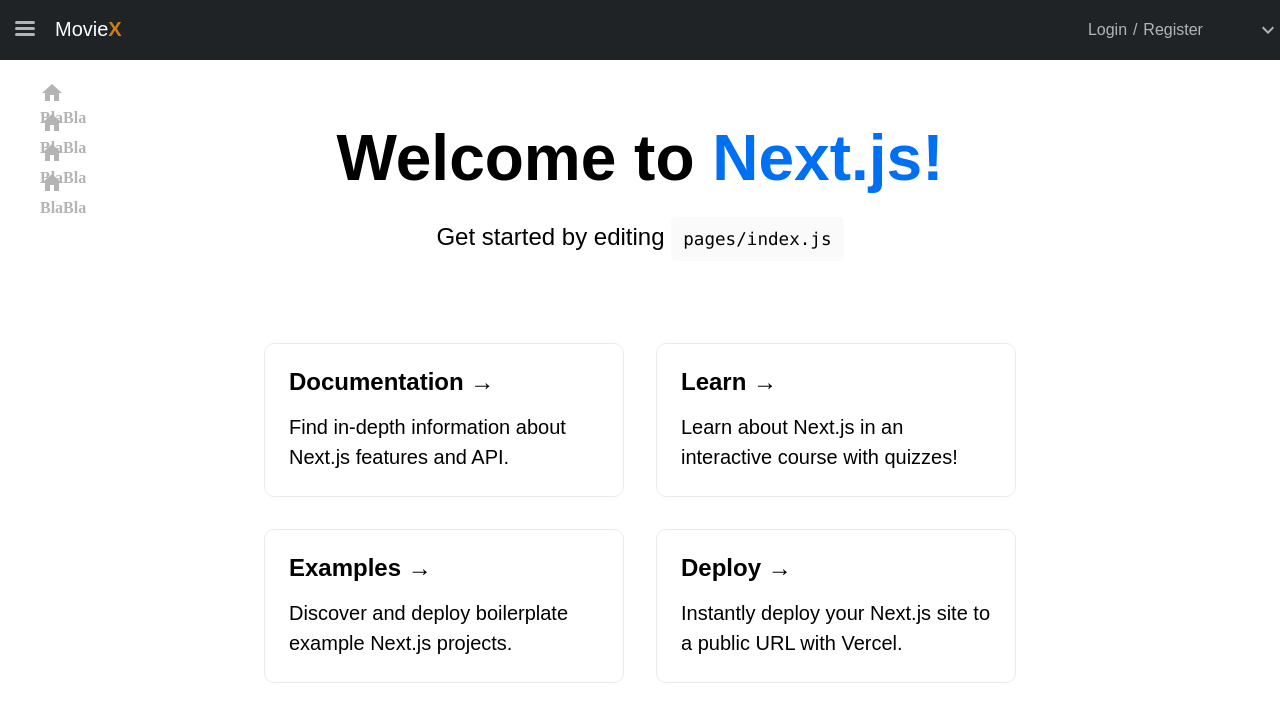
Repository: Amad-Mlinka/MovieTVBrowserNext
Page: /
An editor plug-in stored every save of this project. The page is shown before and after the next save, followed by the edit.
The browser window is 1280 px wide. The pictures show the whole page.
An inner scrolling area shows only its first screen. The project was rebuilt for these pictures with package versions that can differ from the ones it lists, and the page was loaded fresh each time. The framework's server and built-in components were replaced by stand-ins that run in the browser. Also part of the build but not shown: next.config.js.

Above is the page before, as saved 2021-08-02 23:54:29.

After the next save:
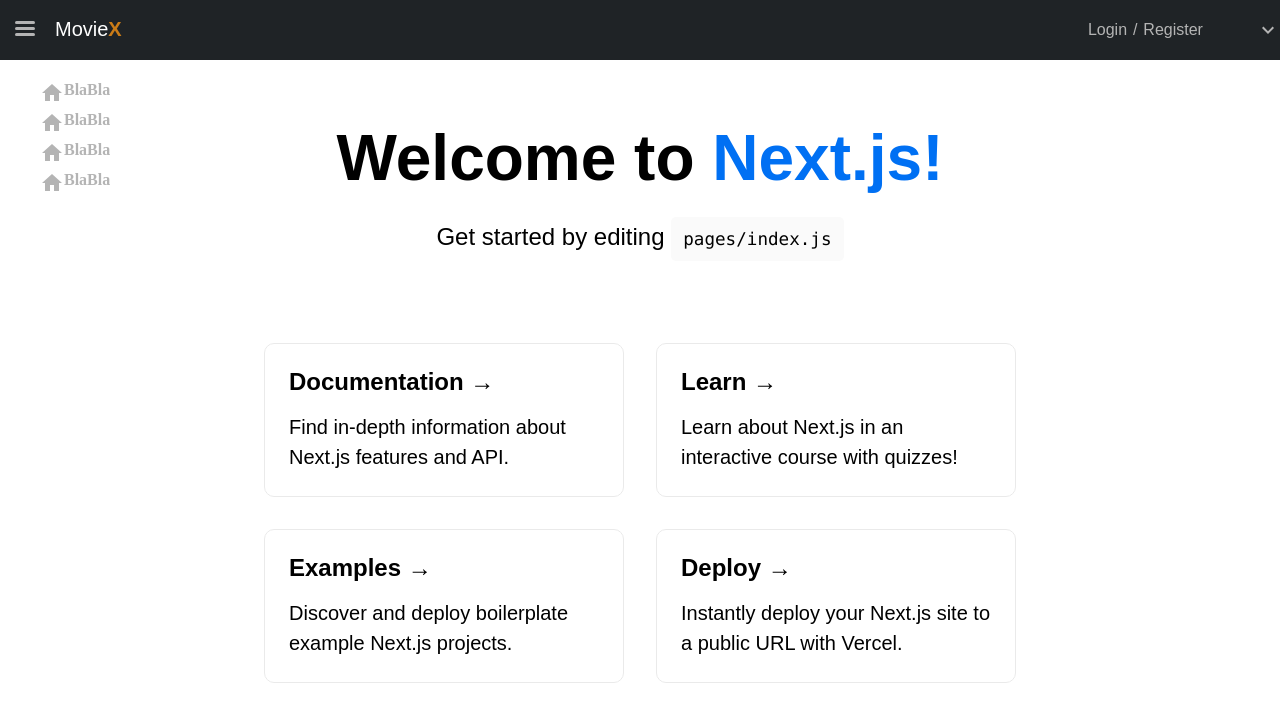
Saved 18 s later.
--- a/styles/Header.module.scss
+++ b/styles/Header.module.scss
@@ -292,4 +292,6 @@
     color: $tertiary-color;
     font-family: "Open-sans";
     font-weight: bolder;
-}
+    display: flex;
+    flex-direction: row;
+}
